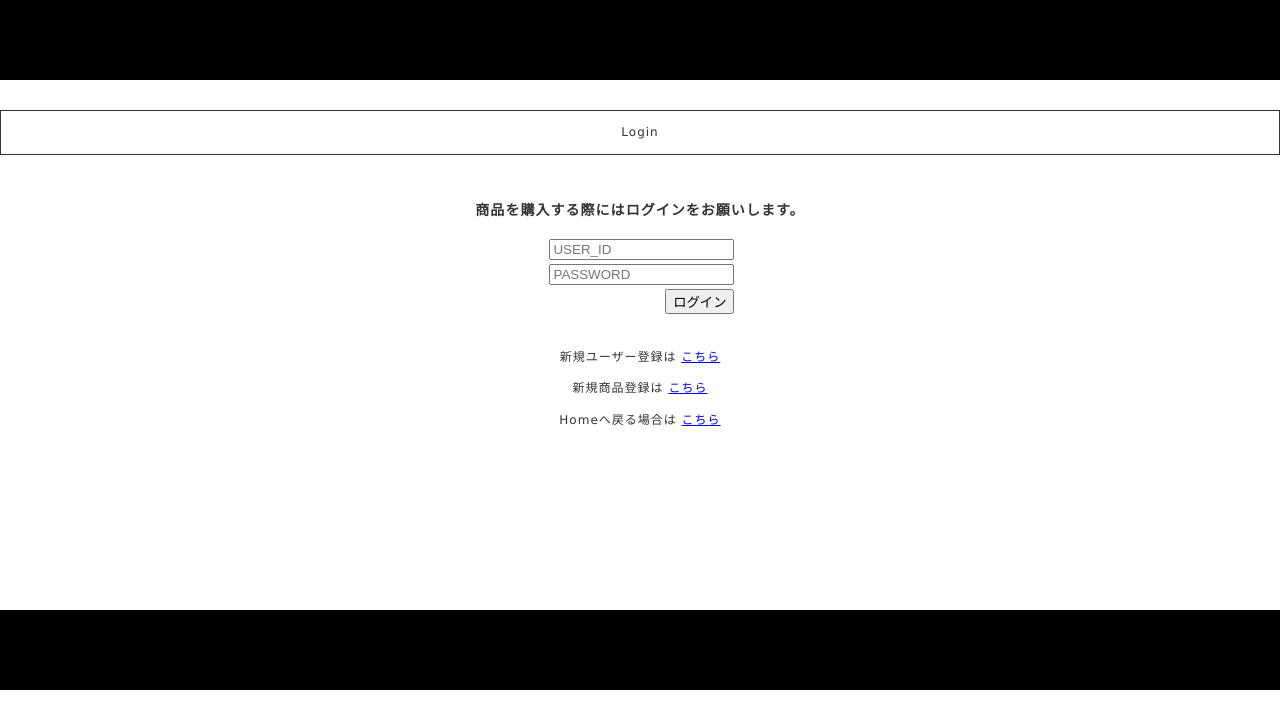
Repository: hirose0320/test
Page: http://localhost/ecsite2/HomeAction.action
The author's editor kept a copy of each file at every save. The page is drawn from the files as they stood at one save, then again after the next save.
The browser window is 1280 px wide. The pictures show the whole page.
The page is served by Tomcat 9.

Above is the page before, as saved 2019-03-06 05:19:09.

After the next save:
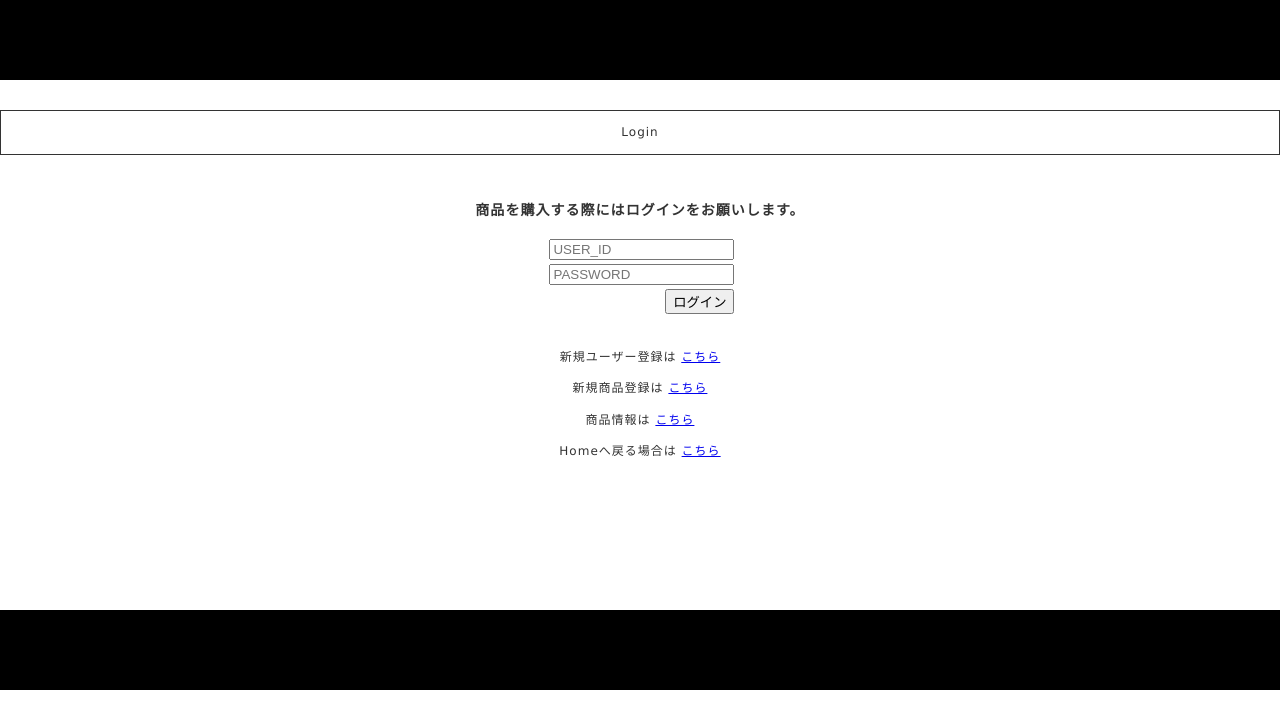
Saved 4 min 1 s later.
--- a/ecsite2/WebContent/login.jsp
+++ b/ecsite2/WebContent/login.jsp
@@ -83,6 +83,9 @@
 			<p>
 				新規商品登録は <a href='<s:url action="ItemCreateAction"/>'>こちら</a>
 			</p>
+						<p>
+				商品情報は <a href='<s:url action="ItemListAction"/>'>こちら</a>
+			</p>
 			<p>
 				Homeへ戻る場合は <a href='<s:url action="GoHomeAction"/>'>こちら</a>
 			</p>
